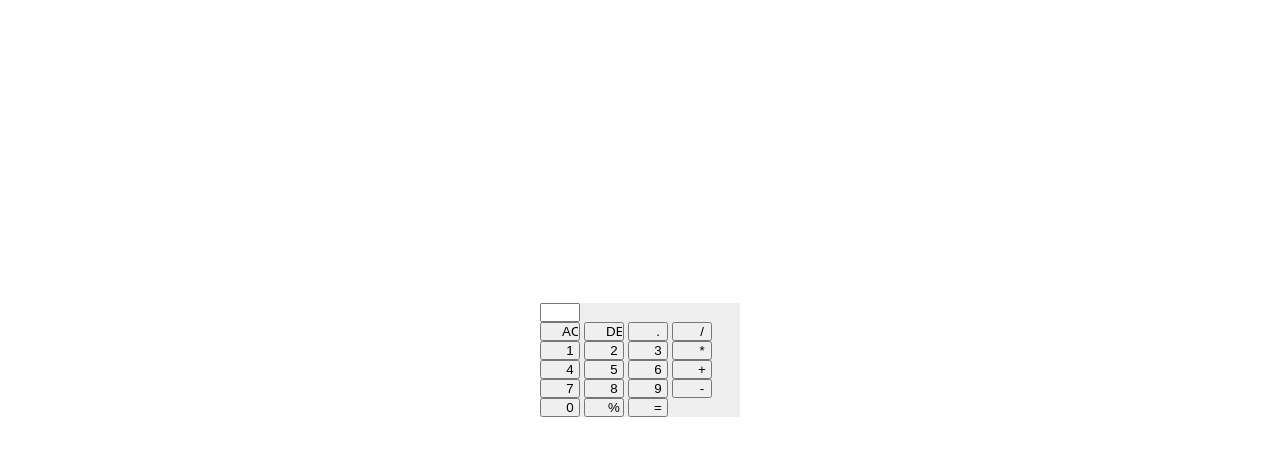
Repository: jerrys-arch/web-calculator
Page: index.html
These files come from the project's save history. The page is drawn as it stood at one moment and after the next save; the edit follows.
The browser window is 1280 px wide. The pictures show the whole page.

Above is the page before, as saved 2024-11-30 04:57:54.

### index.html
<!DOCTYPE html>
<html lang="en">
<head>
    <meta charset="UTF-8">
    <meta name="viewport" content="width=device-width, initial-scale=1.0">
    <title>calculator</title>
    <link rel="stylesheet" href="styles.css">
</head>
<body>
    <div class="container">
        <div class="calculator">
            <div class="display">
                <input id="display" type="text">
            </div>
            <div>
                <input type="button" value="AC">
                <input type="button" value="DE">
                <input type="button" value=".">
                <input type="button" value="/">
            </div>
            <div>
                <input type="button" value="1">
                <input type="button" value="2">
                <input type="button" value="3">
                <input type="button" value="*">
            </div>
            <div>
                <input type="button" value="4">
                <input type="button" value="5">
                <input type="button" value="6">
                <input type="button" value="+">
            </div>
            <div>
                <input type="button" value="7">
                <input type="button" value="8">
                <input type="button" value="9">
                <input type="button" value="-">
            </div>
            <div>
                <input type="button" value="0">
                <input type="button" value="%">
                <input type="button" value="=">
            </div>
        </div>
    </div>
</body>
</html>

### styles.css
*{
    margin:0;
    padding:0;
    box-sizing: border-box;
}

.container{
    display:flex;
    align-items: center;
    justify-content: center;
    height:100vh;

}
.calculator{
    margin:20px;
    width:200px;
    background: #eee;
}
.calculator input{
    width:20%;
    padding-left: 20px;

}

After the next save:
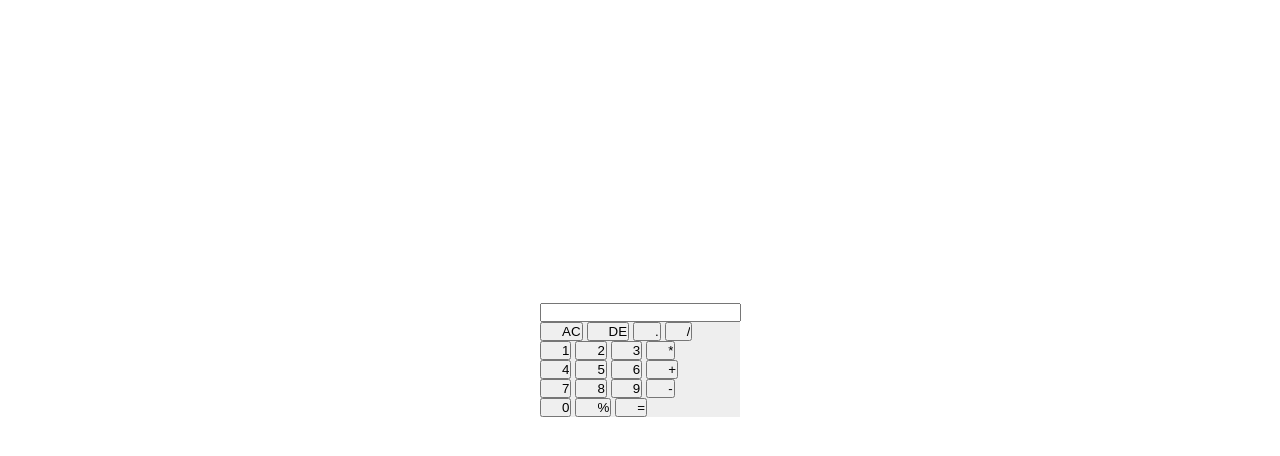
Saved 16 s later.
--- a/styles.css
+++ b/styles.css
@@ -17,7 +17,7 @@
     background: #eee;
 }
 .calculator input{
-    width:20%;
+    width:;
     padding-left: 20px;
 
 }
